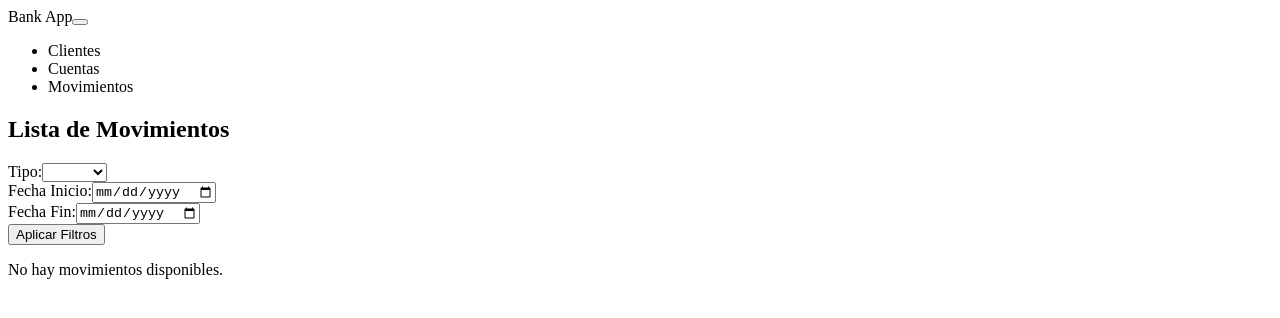
Repository: justsantg/bank-app
Page: /movimientos (app in frontend/)
These files come from the project's save history. The page is drawn as it stood at one moment and after the next save; the edit follows.
The browser window is 1280 px wide. The pictures show the whole page.
The page's requests for data from a server got no answer. The project was rebuilt for these pictures with package versions that can differ from the ones it lists, and the page was loaded fresh each time. No one was signed in, and anything a server would have sent is missing. Also part of the build but not shown: frontend/src/app/components/clientes/cliente-list/cliente-list.component.ts, frontend/src/app/services/cliente.service.ts, frontend/src/app/components/cuentas/cuenta-list/cuenta-list.component.ts, frontend/src/app/services/cuenta.service.ts.

Above is the page before, as saved 2025-03-15 12:31:36.

### frontend/src/main.ts
import { bootstrapApplication } from '@angular/platform-browser';
import { AppComponent } from './app/app.component';
import { provideHttpClient } from '@angular/common/http';
import { provideRouter } from '@angular/router';
import { routes } from './app/app.routes';

bootstrapApplication(AppComponent, {
  providers: [
    provideRouter(routes), // Asegurar que las rutas están registradas
    provideHttpClient()    // Asegurar que HttpClient está disponible en toda la app
  ]
}).catch(err => console.error(err));

### frontend/src/app/app.component.ts
import { Component } from '@angular/core';
import { RouterOutlet } from '@angular/router';

@Component({
  selector: 'app-root',
  standalone: true,
  imports: [RouterOutlet], // Importar RouterOutlet aquí
  templateUrl: './app.component.html',
  styleUrls: ['./app.component.css']
})
export class AppComponent {
  title = 'Bank App';
}

### frontend/src/app/app.routes.ts
import { Routes } from '@angular/router';
import { ClienteListComponent } from './components/clientes/cliente-list/cliente-list.component';
import { CuentaListComponent } from './components/cuentas/cuenta-list/cuenta-list.component';
import { MovimientoListComponent } from './components/movimientos/movimiento-list/movimiento-list.component';

export const routes: Routes = [
  { path: 'clientes', component: ClienteListComponent },
  { path: 'cuentas', component: CuentaListComponent },
  { path: 'movimientos', component: MovimientoListComponent },
  { path: '', redirectTo: 'clientes', pathMatch: 'full' } // Redirección inicial
];

### frontend/src/app/app.component.html
<nav class="navbar navbar-expand-lg navbar-dark bg-primary">
  <div class="container">
    <a class="navbar-brand" routerLink="/">Bank App</a>
    <button class="navbar-toggler" type="button" data-bs-toggle="collapse" data-bs-target="#navbarNav">
      <span class="navbar-toggler-icon"></span>
    </button>
    <div class="collapse navbar-collapse" id="navbarNav">
      <ul class="navbar-nav">
        <li class="nav-item">
          <a class="nav-link" routerLink="/clientes" routerLinkActive="active">Clientes</a>
        </li>
        <li class="nav-item">
          <a class="nav-link" routerLink="/cuentas" routerLinkActive="active">Cuentas</a>
        </li>
        <li class="nav-item">
          <a class="nav-link" routerLink="/movimientos" routerLinkActive="active">Movimientos</a>
        </li>
      </ul>
    </div>
  </div>
</nav>

<div class="container mt-4">
  <router-outlet></router-outlet>
</div>

### frontend/src/app/components/movimientos/movimiento-list/movimiento-list.component.ts
import { Component, OnInit } from '@angular/core';
import { CommonModule } from '@angular/common';
import { FormsModule } from '@angular/forms';
import { MovimientoService } from '../../../services/movimiento.service';

@Component({
  selector: 'app-movimiento-list',
  standalone: true,
  imports: [CommonModule, FormsModule], // Importar FormsModule para usar ngModel
  templateUrl: './movimiento-list.component.html',
  styleUrls: ['./movimiento-list.component.css']
})
export class MovimientoListComponent implements OnInit {
  movimientos: any[] = [];
  ultimoMovimiento: any = null;
  mostrarModal: boolean = false;

  constructor(private movimientoService: MovimientoService) {}

  ngOnInit(): void {
    this.obtenerMovimientos();
  }

  obtenerMovimientos(): void {
    this.movimientoService.getMovimientos().subscribe({
      next: (data) => {
        console.log('Movimientos recibidos:', data);
        this.movimientos = data;
      },
      error: (err) => {
        console.error('Error al obtener movimientos:', err);
      }
    });
  }

  // ✅ Método para obtener el último movimiento de una cuenta específica
  obtenerUltimoMovimiento(cuentaId: number): void {
    this.movimientoService.getUltimoMovimiento(cuentaId).subscribe({
      next: (data) => {
        console.log('Último movimiento recibido:', data);
        this.ultimoMovimiento = data;
        this.mostrarModal = true;
      },
      error: (err) => {
        console.error('Error al obtener el último movimiento:', err);
      }
    });
  }

  cerrarModal(): void {
    this.mostrarModal = false;
    this.ultimoMovimiento = null;
  }
}

### frontend/src/app/services/movimiento.service.ts
import { Injectable } from '@angular/core';
import { HttpClient } from '@angular/common/http';
import { Observable } from 'rxjs';

@Injectable({
  providedIn: 'root'
})
export class MovimientoService {
  private apiUrl = 'http://localhost:3000/movimiento';

  constructor(private http: HttpClient) {}

  getMovimientos(): Observable<any[]> {
    return this.http.get<any[]>(`${this.apiUrl}`);
  }

  // ✅ Agregar este método para obtener el último movimiento de una cuenta
  getUltimoMovimiento(cuentaId: number): Observable<any> {
    return this.http.get<any>(`${this.apiUrl}/ultimo/${cuentaId}`);
  }
}

### frontend/src/app/components/movimientos/movimiento-list/movimiento-list.component.html
<div class="container mt-4">
    <h2>Lista de Movimientos</h2>

    <!-- 🔍 Filtros -->
    <div class="row mb-3">
      <div class="col-md-4">
        <label for="tipo">Tipo:</label>
        <select id="tipo" class="form-control" [(ngModel)]="filtroTipo">
          <option value="">Todos</option>
          <option value="Crédito">Crédito</option>
          <option value="Débito">Débito</option>
        </select>
      </div>
      <div class="col-md-4">
        <label for="fechaInicio">Fecha Inicio:</label>
        <input type="date" id="fechaInicio" class="form-control" [(ngModel)]="filtroFechaInicio">
      </div>
      <div class="col-md-4">
        <label for="fechaFin">Fecha Fin:</label>
        <input type="date" id="fechaFin" class="form-control" [(ngModel)]="filtroFechaFin">
      </div>
    </div>

    <button class="btn btn-primary mb-3" (click)="filtrarMovimientos()">Aplicar Filtros</button>

    <ul *ngIf="movimientos.length > 0; else noMovimientos" class="list-group">
      <li *ngFor="let movimiento of movimientos" class="list-group-item">
        💰 <strong>Monto:</strong> {{ movimiento.monto }}
        🏦 <strong>Tipo:</strong> {{ movimiento.tipo }}
        📅 <strong>Fecha:</strong> {{ movimiento.fecha | date:'short' }}

        <!-- 🔥 Botón para abrir el modal -->
        <button class="btn btn-info btn-sm mt-2" (click)="verDetalles(movimiento)">
          Ver Detalles
        </button>
      </li>
    </ul>

    <ng-template #noMovimientos>
      <p>No hay movimientos disponibles.</p>
    </ng-template>

    <!-- 🔥 Modal de detalles -->
    <div *ngIf="mostrarModal" class="modal-overlay">
      <div class="modal-container">
        <div class="modal-header">
          <h4>Detalles del Movimiento</h4>
          <button class="close-btn" (click)="cerrarModal()">✖</button>
        </div>
        <div class="modal-body">
          <p><strong>Monto:</strong> {{ movimientoSeleccionado?.monto }}</p>

### frontend/src/app/components/movimientos/movimiento-list/movimiento-list.component.css
.modal-overlay {
    position: fixed;
    top: 0;
    left: 0;
    width: 100%;
    height: 100%;
    background: rgba(0, 0, 0, 0.5);
    display: flex;
    justify-content: center;
    align-items: center;
    z-index: 1000;
  }

  .modal-container {
    background: white;
    padding: 20px;
    border-radius: 10px;
    width: 400px;
    max-width: 90%;
    box-shadow: 0 4px 10px rgba(0, 0, 0, 0.3);
    animation: fadeIn 0.3s ease-in-out;
  }

  .modal-header {
    display: flex;
    justify-content: space-between;
    align-items: center;
    border-bottom: 1px solid #ddd;
    padding-bottom: 10px;
    margin-bottom: 10px;
  }

  .close-btn {
    background: none;
    border: none;
    font-size: 18px;
    cursor: pointer;
  }

  .modal-body p {
    margin: 8px 0;
  }

  @keyframes fadeIn {
    from {
      opacity: 0;
      transform: scale(0.9);
    }
    to {
      opacity: 1;
      transform: scale(1);
    }
  }

Loaded but not shown: frontend/src/index.html (common file); frontend/src/app/app.component.css (no stored copy; drawn as an empty file)

After the next save:
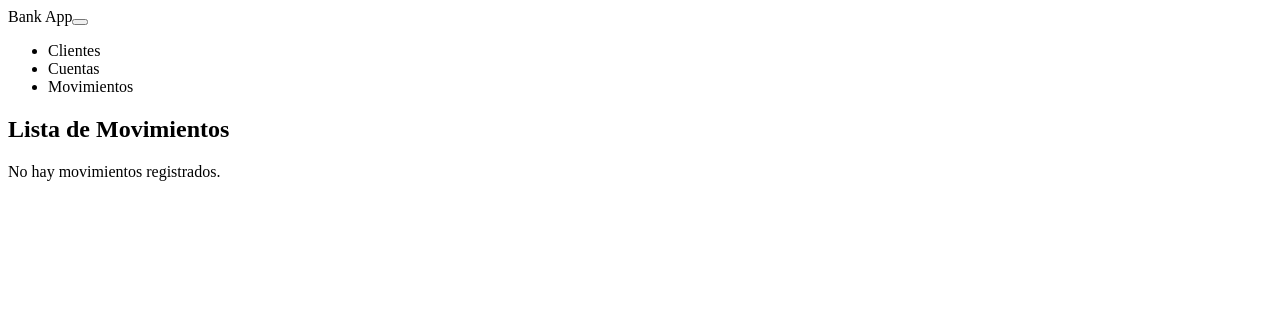
Saved 41 s later.
--- a/frontend/src/app/components/movimientos/movimiento-list/movimiento-list.component.html
+++ b/frontend/src/app/components/movimientos/movimiento-list/movimiento-list.component.html
@@ -1,51 +1,32 @@
 <div class="container mt-4">
     <h2>Lista de Movimientos</h2>
 
-    <!-- 🔍 Filtros -->
-    <div class="row mb-3">
-      <div class="col-md-4">
-        <label for="tipo">Tipo:</label>
-        <select id="tipo" class="form-control" [(ngModel)]="filtroTipo">
-          <option value="">Todos</option>
-          <option value="Crédito">Crédito</option>
-          <option value="Débito">Débito</option>
-        </select>
-      </div>
-      <div class="col-md-4">
-        <label for="fechaInicio">Fecha Inicio:</label>
-        <input type="date" id="fechaInicio" class="form-control" [(ngModel)]="filtroFechaInicio">
-      </div>
-      <div class="col-md-4">
-        <label for="fechaFin">Fecha Fin:</label>
-        <input type="date" id="fechaFin" class="form-control" [(ngModel)]="filtroFechaFin">
-      </div>
-    </div>
-
-    <button class="btn btn-primary mb-3" (click)="filtrarMovimientos()">Aplicar Filtros</button>
-
     <ul *ngIf="movimientos.length > 0; else noMovimientos" class="list-group">
       <li *ngFor="let movimiento of movimientos" class="list-group-item">
-        💰 <strong>Monto:</strong> {{ movimiento.monto }}
-        🏦 <strong>Tipo:</strong> {{ movimiento.tipo }}
-        📅 <strong>Fecha:</strong> {{ movimiento.fecha | date:'short' }}
+        <p><strong>Monto:</strong> 💰 {{ movimiento.monto }}</p>
+        <p><strong>Tipo:</strong> {{ movimiento.tipo === 'Crédito' ? '➕ Crédito' : '➖ Débito' }}</p>
+        <p><strong>Fecha:</strong> 📅 {{ movimiento.fecha | date:'short' }}</p>
+        <p><strong>Cuenta:</strong> 🏦 {{ movimiento.cuenta?.tipo || 'N/A' }}</p>
 
-        <!-- 🔥 Botón para abrir el modal -->
-        <button class="btn btn-info btn-sm mt-2" (click)="verDetalles(movimiento)">
-          Ver Detalles
+        <!-- 🔥 Botón para ver el último movimiento de la cuenta asociada -->
+        <button class="btn btn-primary btn-sm mt-2" (click)="obtenerUltimoMovimiento(movimiento.cuenta.id)">
+          Ver Último Movimiento
         </button>
       </li>
     </ul>
 
     <ng-template #noMovimientos>
-      <p>No hay movimientos disponibles.</p>
+      <p>No hay movimientos registrados.</p>
     </ng-template>
 
-    <!-- 🔥 Modal de detalles -->
-    <div *ngIf="mostrarModal" class="modal-overlay">
-      <div class="modal-container">
-        <div class="modal-header">
-          <h4>Detalles del Movimiento</h4>
-          <button class="close-btn" (click)="cerrarModal()">✖</button>
-        </div>
-        <div class="modal-body">
-          <p><strong>Monto:</strong> {{ movimientoSeleccionado?.monto }}</p>
+    <!-- 🔥 Modal para mostrar el último movimiento -->
+    <div *ngIf="mostrarModal" class="modal-backdrop">
+      <div class="modal-content">
+        <h4>Último Movimiento</h4>
+        <p><strong>Monto:</strong> 💰 {{ ultimoMovimiento?.monto }}</p>
+        <p><strong>Tipo:</strong> {{ ultimoMovimiento?.tipo === 'Crédito' ? '➕ Crédito' : '➖ Débito' }}</p>
+        <p><strong>Fecha:</strong> 📅 {{ ultimoMovimiento?.fecha | date:'short' }}</p>
+        <button class="btn btn-danger btn-sm" (click)="cerrarModal()">Cerrar</button>
+      </div>
+    </div>
+  </div>
